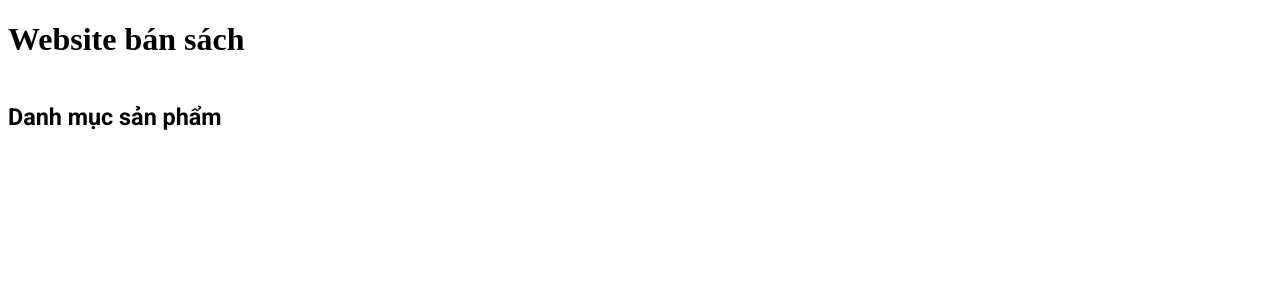
Repository: ThanhNghiadn03/Website-1-JSP-Servlet
Page: http://localhost/new-web-ban-sach/trang-chu
An editor plug-in stored every save of this project. The page is shown before and after the next save, followed by the edit.
The browser window is 1280 px wide. The pictures show the whole page.
The page is served by Tomcat 9. Queries for data that is not in the repository find no rows.

Above is the page before, as saved 2023-04-25 16:23:07.

After the next save:
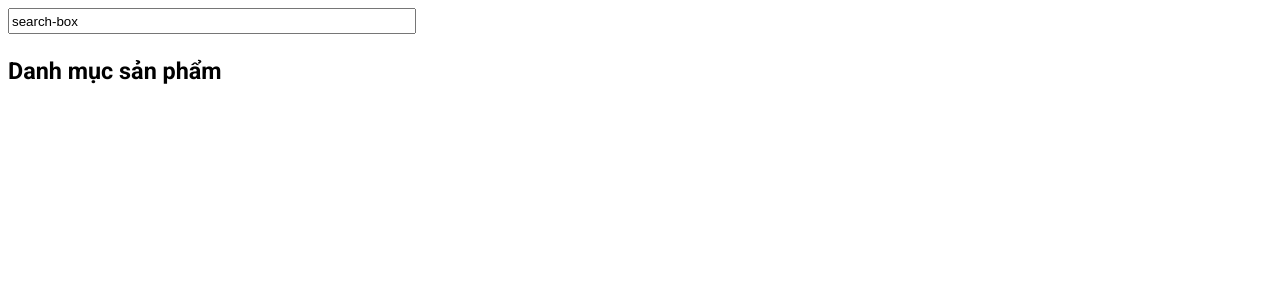
Saved 8 min 39 s later.
--- a/Project/new-web-ban-sach/src/main/webapp/views/home/home.jsp
+++ b/Project/new-web-ban-sach/src/main/webapp/views/home/home.jsp
@@ -13,7 +13,9 @@
 
 </head>
 <body>
-	<h1>Website bán sách</h1>
+	<div class="header">
+		<input type="text" value="search-box" class="Search-box">
+	</div>
 	<!-- <div class="table-box">
 		<table class="danhsach" border="1">
 			<tr>
--- a/Project/new-web-ban-sach/src/main/webapp/views/home/css/css-home.css
+++ b/Project/new-web-ban-sach/src/main/webapp/views/home/css/css-home.css
@@ -1,7 +1,16 @@
 @charset "ISO-8859-1";
 @import url('https://fonts.googleapis.com/css2?family=Inter:wght@400;700&family=Montserrat:wght@400;700&family=Roboto:wght@400;700&display=swap');
 
+.Search-box {
+	width: 400px;
+	height: 20px;
+}
 
+.top {
+	display: grid;
+    grid-template-columns: 1fr;
+
+}
 .left-right {
     display: grid;
     grid-template-columns: 300px 4fr;
